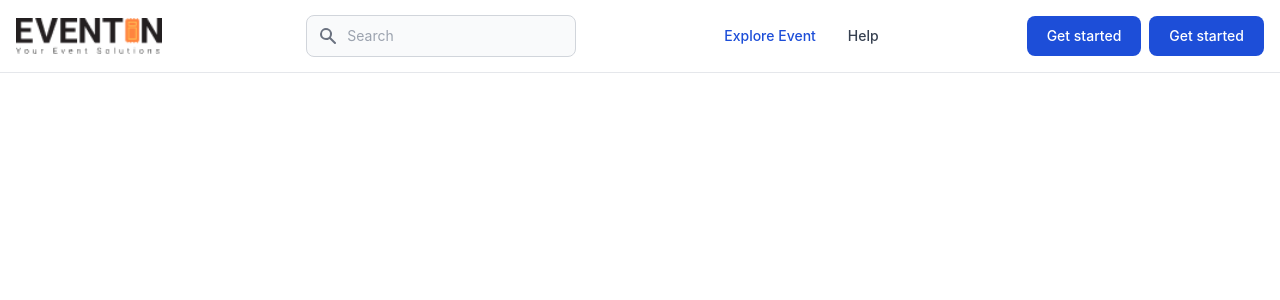
Repository: farrelmuhammad/eventon-indobild
Page: /
These files come from the project's save history. The page is drawn as it stood at one moment and after the next save; the edit follows.
The browser window is 1280 px wide. The pictures show the whole page.
The project was rebuilt for these pictures with package versions that can differ from the ones it lists, and the page was loaded fresh each time. Also part of the build but not shown: src/App.css.

Above is the page before, as saved 2023-02-07 15:42:05.

### src/App.js
import logo from './logo.svg';
import './App.css';
import { Route, Routes } from 'react-router-dom';
import Home from './pages/Home';

function App() {
  return (
    <>
    <Routes>
      <Route exact path="/" element={<Home />} />
    </Routes>
    </>
  );
}

export default App;

### src/pages/Home.jsx
import React from 'react'
import Navbar from '../components/Navbar'

const Home = () => {
    return (
        <>
            <Navbar />
        </>
    )
}

export default Home

### src/components/Navbar.jsx
import React from 'react'
import Logo from "../assets/logo.png"

const Navbar = () => {
    return (

        <nav class="bg-white px-2 sm:px-4 py-2.5 fixed w-full z-20 top-0 left-0 border-b border-gray-200">
            <div class="container flex flex-wrap items-center justify-between mx-auto">
                <a href="https://flowbite.com/" class="flex items-center">
                    <img src={Logo} class="h-6 mr-3 sm:h-9" alt="Eventon Logo" />
                </a>

                <form class="flex items-center">
                    <label for="simple-search" class="sr-only">Search</label>
                    <div class="relative w-full">
                        <div class="absolute inset-y-0 left-0 flex items-center pl-3 pointer-events-none">
                            <svg aria-hidden="true" class="w-5 h-5 text-gray-500 dark:text-gray-400" fill="currentColor" viewBox="0 0 20 20" xmlns="http://www.w3.org/2000/svg"><path fill-rule="evenodd" d="M8 4a4 4 0 100 8 4 4 0 000-8zM2 8a6 6 0 1110.89 3.476l4.817 4.817a1 1 0 01-1.414 1.414l-4.816-4.816A6 6 0 012 8z" clip-rule="evenodd"></path></svg>
                        </div>
                        <input type="text" id="simple-search" class="bg-gray-50 border border-gray-300 text-gray-900 text-sm rounded-lg focus:ring-blue-500 focus:border-blue-500 block w-full pl-10 p-2.5" placeholder="Search" />
                    </div>
                    {/* <button type="submit" class="p-2.5 ml-2 text-sm font-medium text-white bg-blue-700 rounded-lg border border-blue-700 hover:bg-blue-800 focus:ring-4 focus:outline-none focus:ring-blue-300">
                        <svg class="w-5 h-5" fill="none" stroke="currentColor" viewBox="0 0 24 24" xmlns="http://www.w3.org/2000/svg"><path stroke-linecap="round" stroke-linejoin="round" stroke-width="2" d="M21 21l-6-6m2-5a7 7 0 11-14 0 7 7 0 0114 0z"></path></svg>
                        <span class="sr-only">Search</span>
                    </button> */}
                </form>

                <div class="flex md:order-2 gap-2">
                    <button type="button" class="text-white bg-blue-700 hover:bg-blue-800 focus:ring-4 focus:outline-none focus:ring-blue-300 font-medium rounded-lg text-sm px-5 py-2.5 text-center mr-3 md:mr-0">Get started</button>
                    <button type="button" class="text-white bg-blue-700 hover:bg-blue-800 focus:ring-4 focus:outline-none focus:ring-blue-300 font-medium rounded-lg text-sm px-5 py-2.5 text-center mr-3 md:mr-0">Get started</button>
                </div>
                <div class="items-center justify-between hidden w-full md:flex md:w-auto md:order-1" id="navbar-sticky">
                    <ul class="flex flex-col p-4 mt-4 border border-gray-100 rounded-lg bg-gray-50 md:flex-row md:space-x-8 md:mt-0 md:text-sm md:font-medium md:border-0 md:bg-white">
                        <li>
                            <a href="#" class="block py-2 pl-3 pr-4 text-white bg-blue-700 rounded md:bg-transparent md:text-blue-700 md:p-0 dark:text-white" aria-current="page">Explore Event</a>
                        </li>
                        <li>
                            <a href="#" class="block py-2 pl-3 pr-4 text-gray-700 rounded hover:bg-gray-100 md:hover:bg-transparent md:hover:text-blue-700 md:p-0">Help</a>
                        </li>
                    </ul>
                </div>
            </div>
        </nav>

    )
}

export default Navbar

Loaded but not shown: public/index.html (common file); src/index.js (common file); src/index.css (common file); src/reportWebVitals.js (common file); tailwind.config.js (common file)

After the next save:
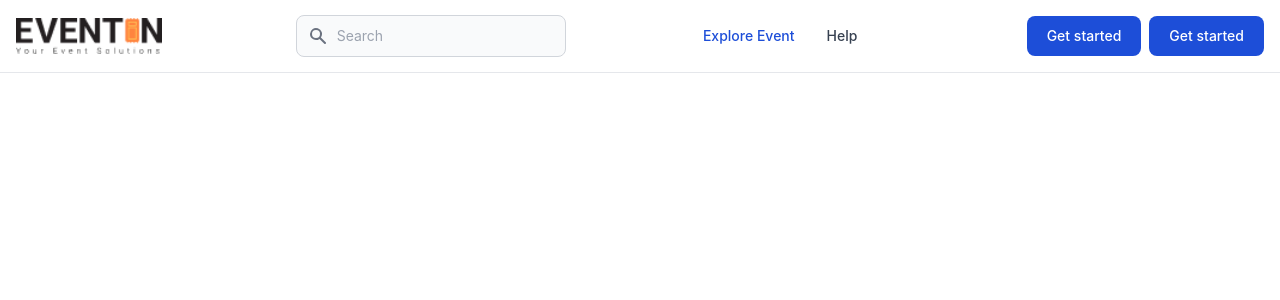
Saved 49 s later.
--- a/src/components/Navbar.jsx
+++ b/src/components/Navbar.jsx
@@ -36,6 +36,9 @@
                         <li>
                             <a href="#" class="block py-2 pl-3 pr-4 text-gray-700 rounded hover:bg-gray-100 md:hover:bg-transparent md:hover:text-blue-700 md:p-0">Help</a>
                         </li>
+                        <li>
+                            <div href="#" class="block py-2 pl-3 pr-4 text-gray-700 rounded hover:bg-gray-100 md:hover:bg-transparent md:hover:text-blue-700 md:p-0"></div>
+                        </li>
                     </ul>
                 </div>
             </div>

After the 2 saves that followed:
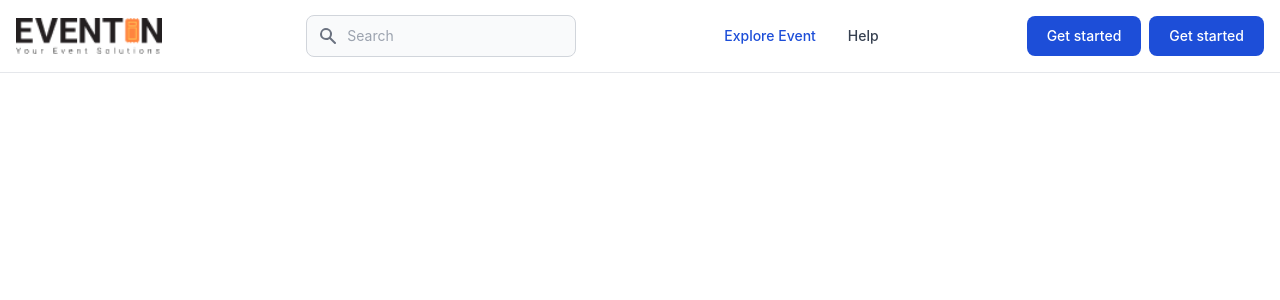
The 2 saves are shown as one change because they came seconds apart.
The last was saved 12 s later.
--- a/src/components/Navbar.jsx
+++ b/src/components/Navbar.jsx
@@ -36,9 +36,6 @@
                         <li>
                             <a href="#" class="block py-2 pl-3 pr-4 text-gray-700 rounded hover:bg-gray-100 md:hover:bg-transparent md:hover:text-blue-700 md:p-0">Help</a>
                         </li>
-                        <li>
-                            <div href="#" class="block py-2 pl-3 pr-4 text-gray-700 rounded hover:bg-gray-100 md:hover:bg-transparent md:hover:text-blue-700 md:p-0"></div>
-                        </li>
                     </ul>
                 </div>
             </div>
